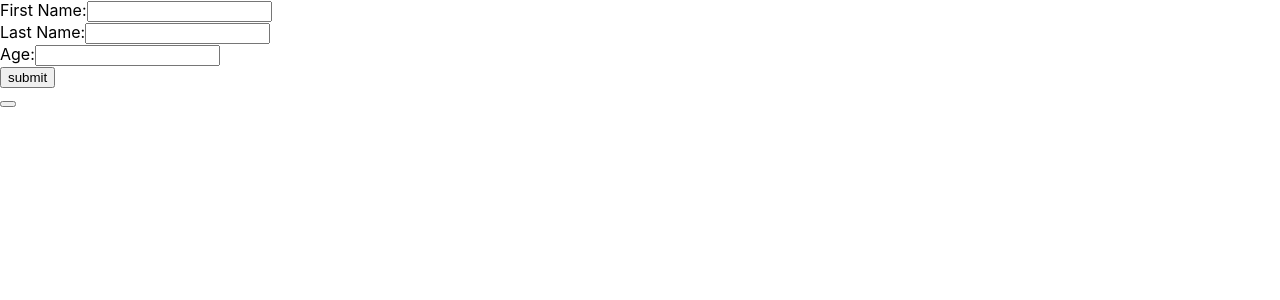
Repository: KrzysKolo/sr_tydzien4_zad5
Page: /
These files come from the project's save history. The page is drawn as it stood at one moment and after the next save; the edit follows.
The browser window is 1280 px wide. The pictures show the whole page.
The project was rebuilt for these pictures with package versions that can differ from the ones it lists, and the page was loaded fresh each time.

Above is the page before, as saved 2020-12-17 13:26:12.

### src/App.js
import React, { Component } from 'react'

 class App extends Component {
  onClick = () => {
    console.log(this.firstName.value);
    console.log(this.lastName.value);
    console.log(this.age.value);
  }
  onKeyUp = (target, e) => {
    if(e.keyCode === 13) {
      switch (target) {
        case 'firstName' :
          this.lastName.focus();
          break;
        case 'lastName' :
          this.age.focus();
          break;
        case 'age' :
          this.submit.focus();
          break;
        default:
          this.firstName.focus();
      }
    }
  }
  render() {
    return (
      <div>
        <div>
          <span>First Name:</span>
          <input ref={(input)=>{this.firstName = input}} onKeyUp={this.onKeyUp.bind(this, 'firstName')} type="text" />
        </div>
        <div>
          <span>Last Name:</span>
          <input ref={(input)=>{this.lastName = input}} onKeyUp={this.onKeyUp.bind(this, 'lastName')} type="text" />
        </div>
        <div>
          <span>Age:</span>
          <input ref={(input)=>{this.age = input}} onKeyUp={this.onKeyUp.bind(this, 'age')} type="text" />
        </div>
        <div>
          <input type="submit" value="submit" ref={(input)=>{this.submit = input}} onKeyUp={this.onKeyUp.bind(this, 'submit')} onClick={this.onClick} />
        </div>
        <div>
          <button type="button" value="Focus" onClick={this.handleFocusClick} />
        </div>
      </div>
    )
  }
}
export default App;

Loaded but not shown: public/index.html (common file); src/index.js (common file); src/index.css (common file)

After the next save:
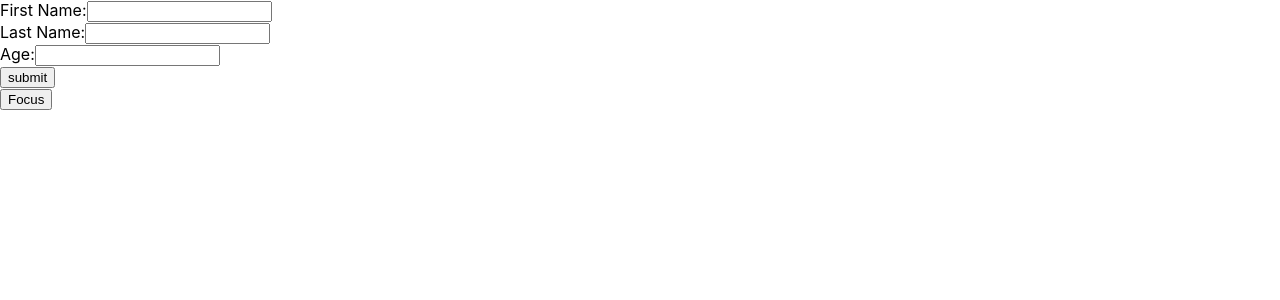
Saved 32 s later.
--- a/src/App.js
+++ b/src/App.js
@@ -42,7 +42,7 @@ import React, { Component } from 'react'
           <input type="submit" value="submit" ref={(input)=>{this.submit = input}} onKeyUp={this.onKeyUp.bind(this, 'submit')} onClick={this.onClick} />
         </div>
         <div>
-          <button type="button" value="Focus" onClick={this.handleFocusClick} />
+          <button type="button" onClick={this.handleFocusClick}>Focus</button>
         </div>
       </div>
     )
